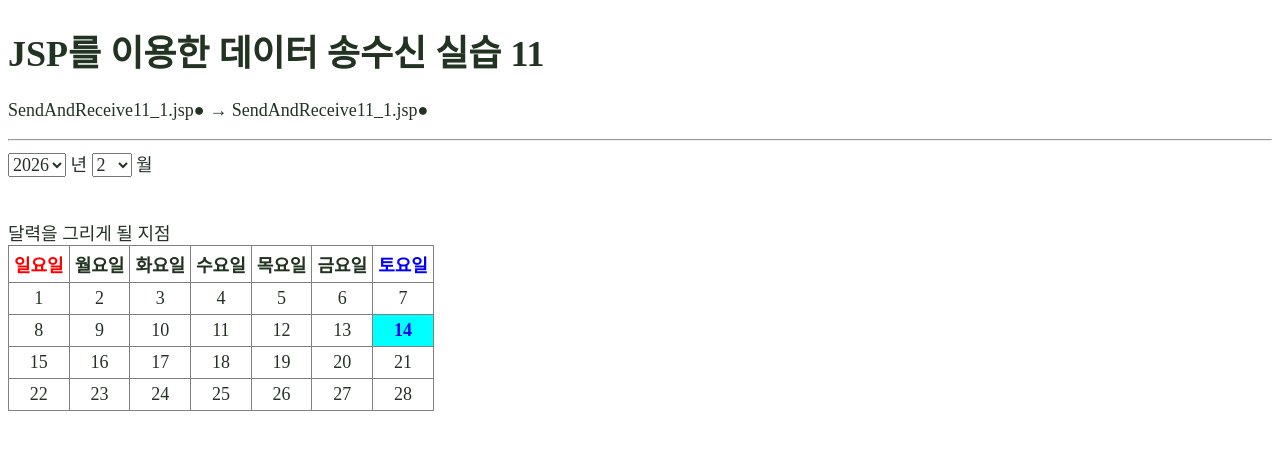
Repository: god5228god/Jsp
Page: http://localhost/WebApp06/SendAndReceive11_1.jsp
The author's editor kept a copy of each file at every save. The page is drawn from the files as they stood at one save, then again after the next save.
The browser window is 1280 px wide. The pictures show the whole page.
The page is served by Tomcat 9.

Above is the page before, as saved 2026-03-04 05:35:42.

After the next save:
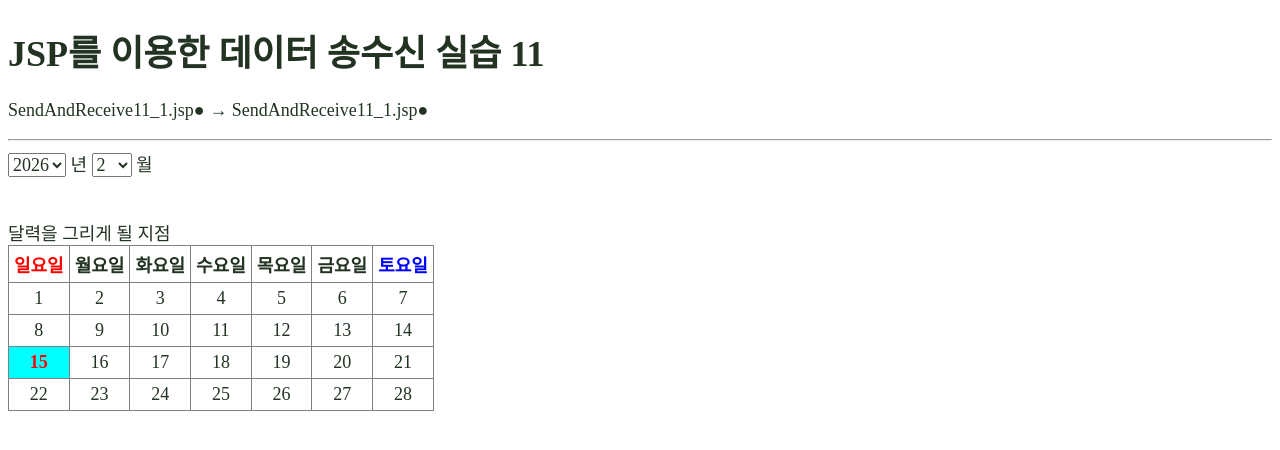
Saved 6 s later.
--- a/WebApp06/WebContent/SendAndReceive11_1.jsp
+++ b/WebApp06/WebContent/SendAndReceive11_1.jsp
@@ -170,7 +170,7 @@
 
 		// 오늘 날짜 확인
 		// nowYear, nowMonth, nowDay
-		nowDay = 14;
+		nowDay = 15;
 		if(selectYear==nowYear&& selectMonth==nowMonth&& i==nowDay)
 		{
 
